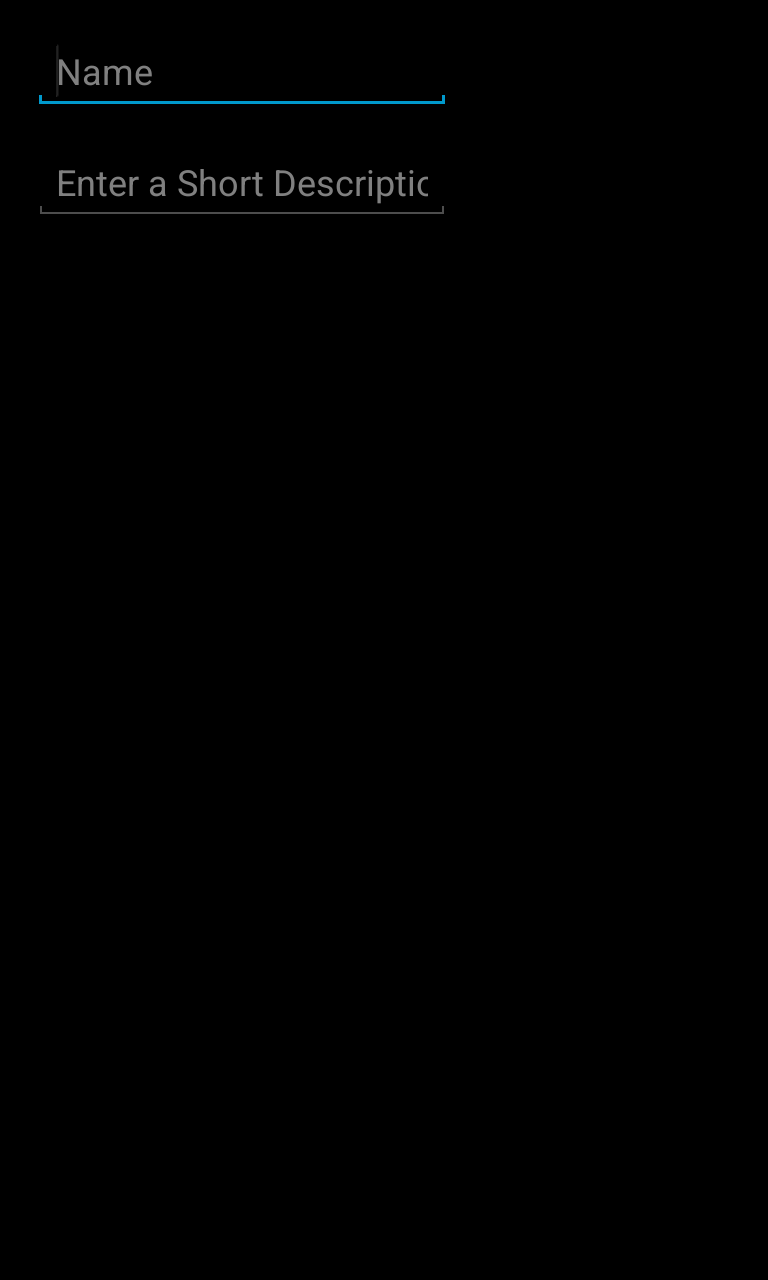
Repository: Jafnee/Android-Walking-Tour
Layout: SRC/Drafts/0.3/fuzzyNinja/PathFinder/res/layout/activity_new_walk.xml
An editor plug-in stored every save of this project. The layout is shown before and after the next save, followed by the edit.
It is drawn on a 768 x 1280 px phone screen (xhdpi) without system bars, with theme android:Theme.Holo; the app's code is not run.

Above is the layout before, as saved 2013-12-13 04:22:01.

After the next save:
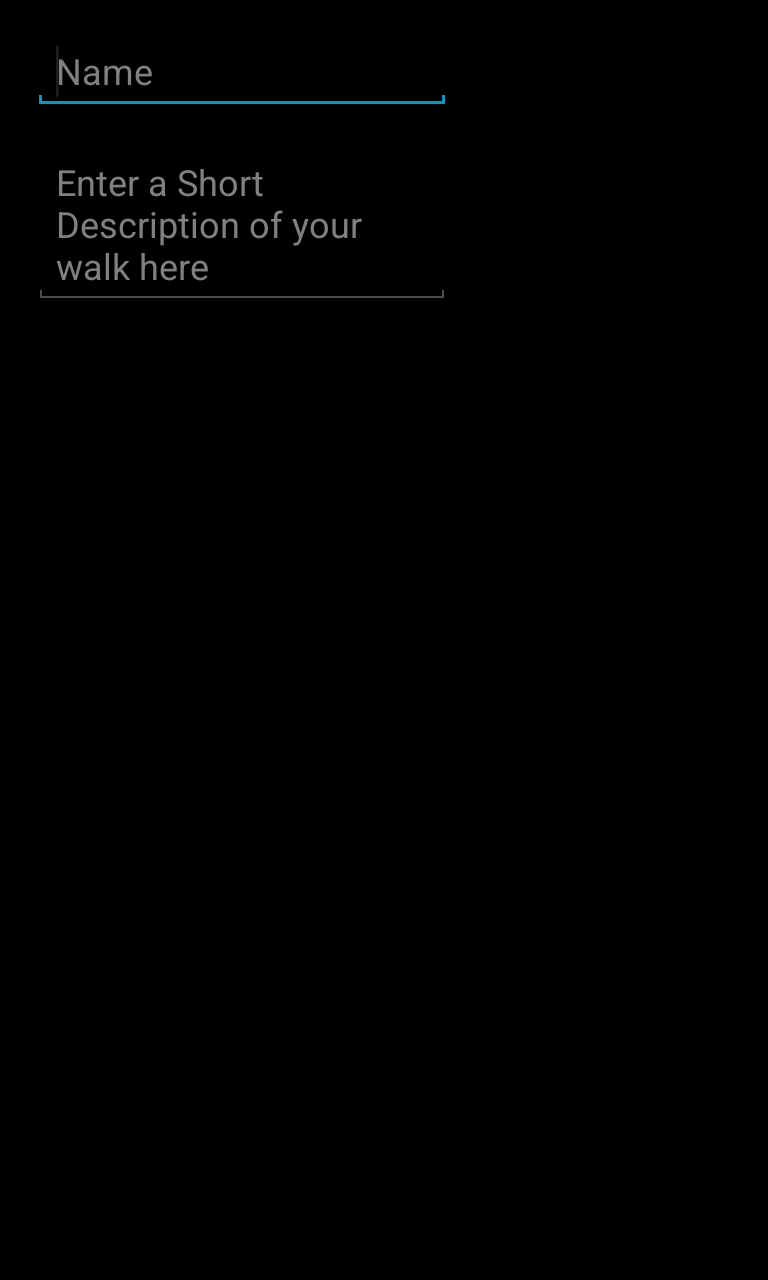
Saved 12 s later.
--- a/SRC/Drafts/0.3/fuzzyNinja/PathFinder/res/layout/activity_new_walk.xml
+++ b/SRC/Drafts/0.3/fuzzyNinja/PathFinder/res/layout/activity_new_walk.xml
@@ -32,7 +32,6 @@
         android:ems="10"
         android:hint="Enter a Short Description of your walk here"
         android:inputType="textMultiLine"
-        android:inputType="textAutoCorrect"
         tools:ignore="HardcodedText" />
 
 </RelativeLayout>
